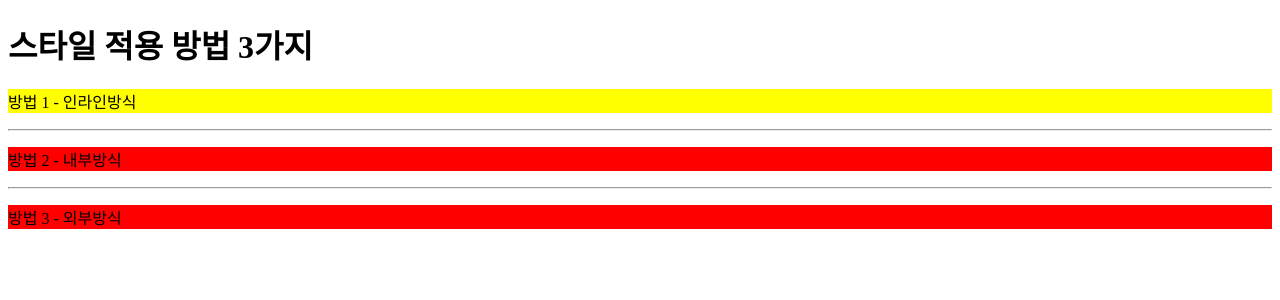
Repository: hsaar/jsworkplace
Page: http://localhost/testjsp/html/test04.jsp
These files come from the project's save history. The page is drawn as it stood at one moment and after the next save; the edit follows.
The browser window is 1280 px wide. The pictures show the whole page.
The page is served by Tomcat 9.

Above is the page before, as saved 2025-08-20 03:42:05.

After the next save:
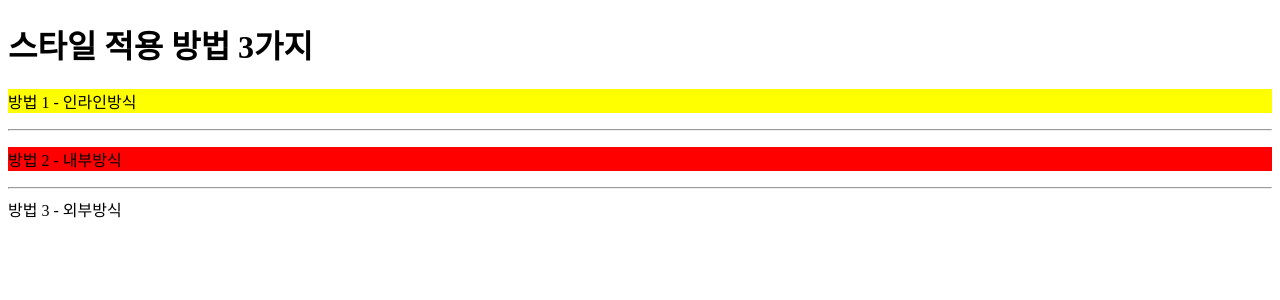
Saved 8 s later.
--- a/testjsp/src/main/webapp/html/test04.jsp
+++ b/testjsp/src/main/webapp/html/test04.jsp
@@ -17,6 +17,6 @@
 
 	<hr><p>방법 2 - 내부방식</p>
 
-	<hr><p>방법 3 - 외부방식</p>
+	<hr><div>방법 3 - 외부방식</div>
 </body>
 </html>
